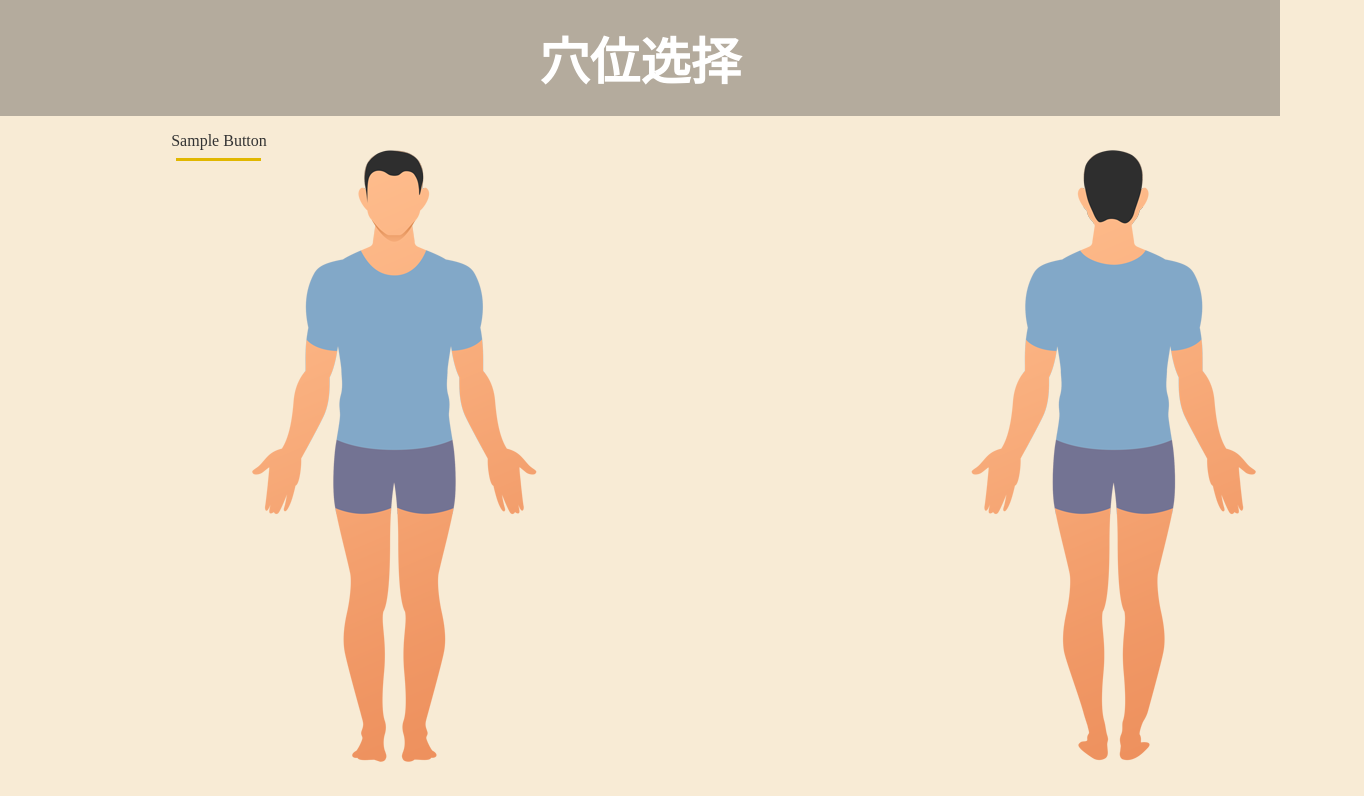
Repository: chjyume/zhongyi
Page: xuewei.html
These files come from the project's save history. The page is drawn as it stood at one moment and after the next save; the edit follows.
The browser window is 1280 px wide. The page is 1364 px wide, so the pictures cover 1364 px, including what lies to the right of the window. The pictures show the whole page.

Above is the page before, as saved 2023-09-12 20:06:17.

After the next save:
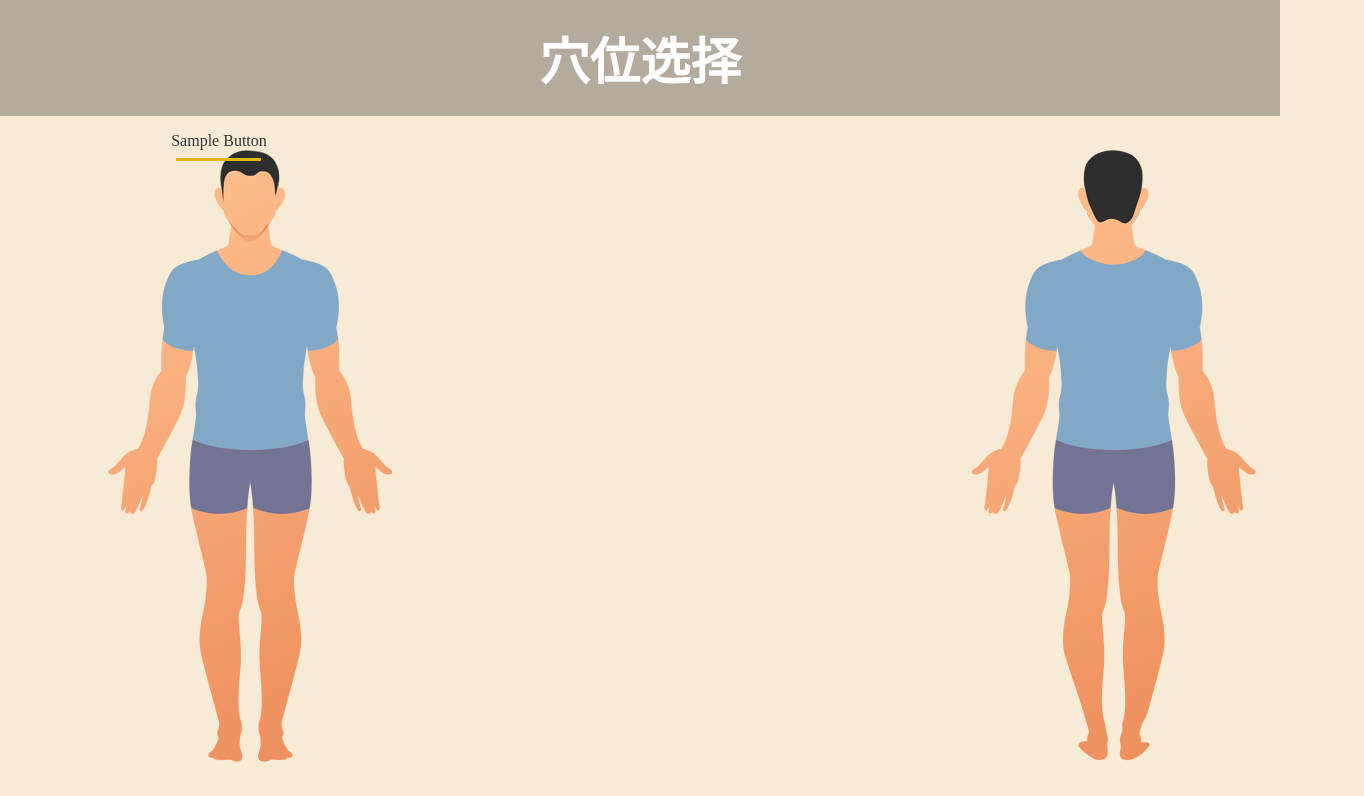
Saved 22 s later.
--- a/css/xuewei.css
+++ b/css/xuewei.css
@@ -21,6 +21,7 @@ margin: 0;
 }
 .img1{
     position: absolute;
+    top:-5vh
     left:20vh;
     z-index: 1;
 }
